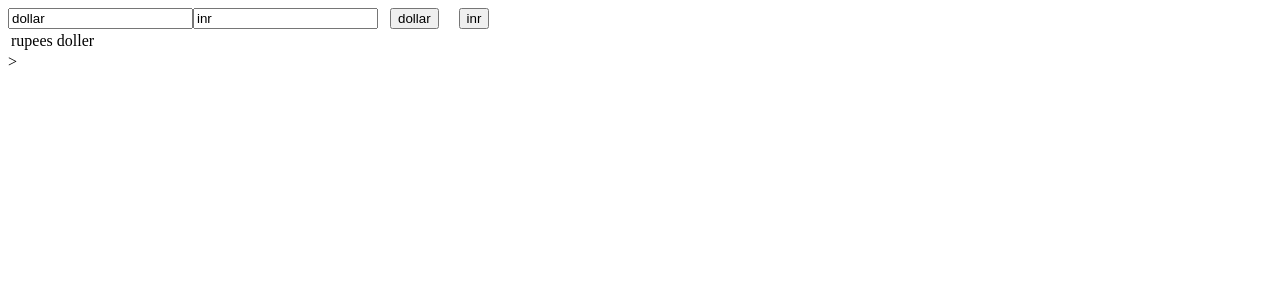
Repository: ravikumar0303/Advance-Java
Page: Factorial/src/main/webapp/factorial.html
These files come from the project's save history. The page is drawn as it stood at one moment and after the next save; the edit follows.
The browser window is 1280 px wide. The pictures show the whole page.

Above is the page before, as saved 2023-06-21 03:14:14.

After the next save:
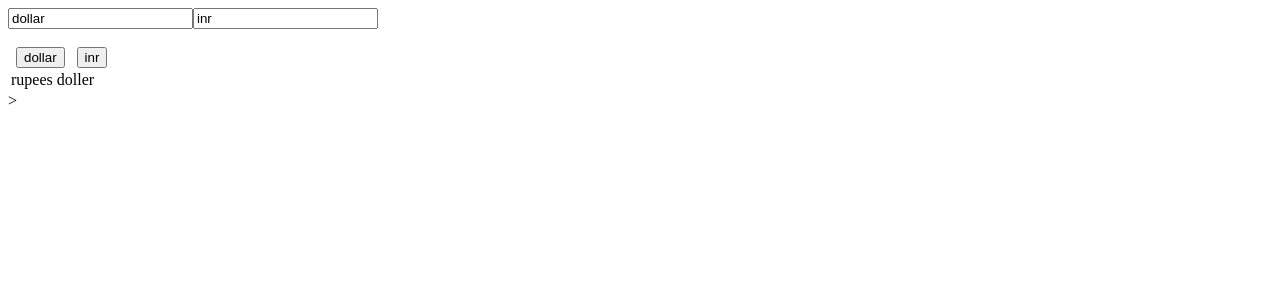
Saved 23 s later.
--- a/Factorial/src/main/webapp/factorial.html
+++ b/Factorial/src/main/webapp/factorial.html
@@ -10,9 +10,9 @@
 <tr><td>rupees</td><td>doller</td></tr>
  <input type="text" value="dollar" id="d1" placeholder="dollar"></input>
  <input type="text" value="inr" id="i1" placeholder="INR"></input>
-  &nbsp;
+  <br></br>&nbsp;
 <input type="button" value="dollar" id="btn"></input>
- &nbsp; &nbsp;
+ &nbsp;
 <input type="button" value="inr" id="btn"></input>
 </table>
 </form>>
